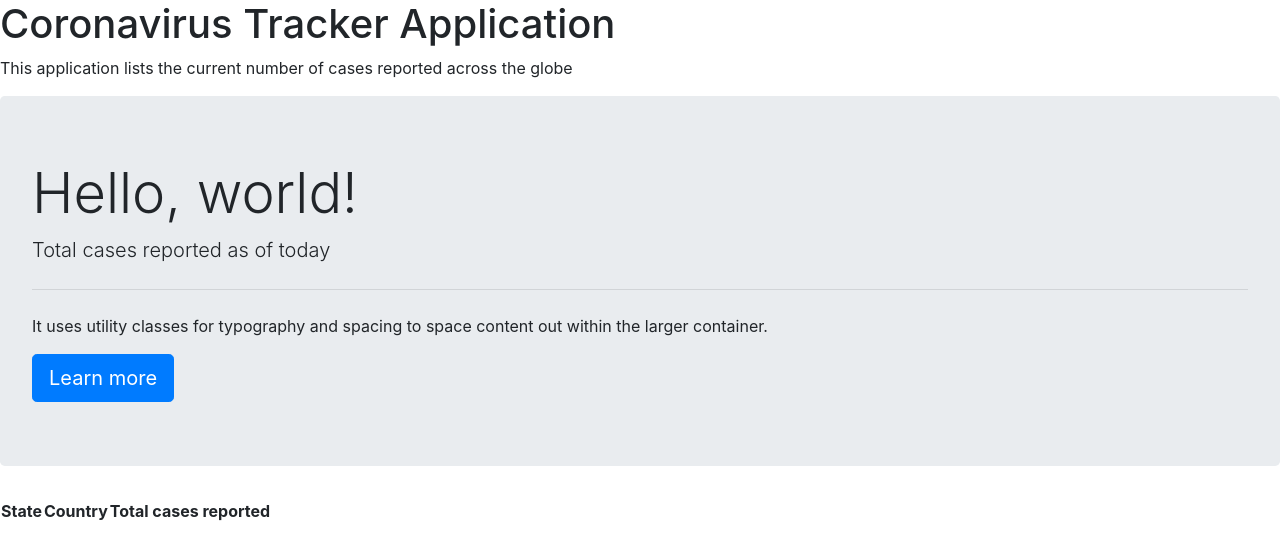
Repository: safaladhikari1/CoronaVirusTrackerApp
Page: http://localhost/home
An editor plug-in stored every save of this project. The page is shown before and after the next save, followed by the edit.
The browser window is 1280 px wide. The pictures show the whole page.
The page is this project's Thymeleaf template; nobody is signed in. The template is opened directly, without the code that normally fills it, so the values that code supplies are empty.

Above is the page before, as saved 2020-08-30 07:31:15.

### coronavirus-tracker/src/main/resources/templates/home.html
<!DOCTYPE html>

<html xmlns:th="http://www.thymeleaf.org">

  <head>
    <title>Coronavirus Tracker Application</title>
    <meta http-equiv="Content-Type" content="text/html; charset=UTF-8" />
    <link rel="stylesheet" href="https://stackpath.bootstrapcdn.com/bootstrap/4.5.2/css/bootstrap.min.css" integrity="sha384-JcKb8q3iqJ61gNV9KGb8thSsNjpSL0n8PARn9HuZOnIxN0hoP+VmmDGMN5t9UJ0Z" crossorigin="anonymous">


  </head>

  <body>

  	<h1>Coronavirus Tracker Application</h1>
  	<p>This application lists the current number of cases reported across the globe</p>

    <div class="jumbotron">

  		<h1 class="display-4">Hello, world!</h1>
  		<p class="lead">Total cases reported as of today</p>
  		<hr class="my-4">
  		<p>It uses utility classes for typography and spacing to space content out within the larger container.</p>
  		<a class="btn btn-primary btn-lg" href="#" role="button">Learn more</a>
	</div>

    <table>
	  <tr>
	    <th>State</th>
	    <th>Country</th>
	    <th>Total cases reported</th>
	  </tr>
	  <tr th:each="locationStat : ${locationStats}">
	    <td th:text="${locationStat.state}"></td>
	    <td th:text="${locationStat.country}"></td>
	    <td th:text="${locationStat.latestTotalCases}">0</td>
	  </tr>
	</table>

  </body>

</html>

After the next save:
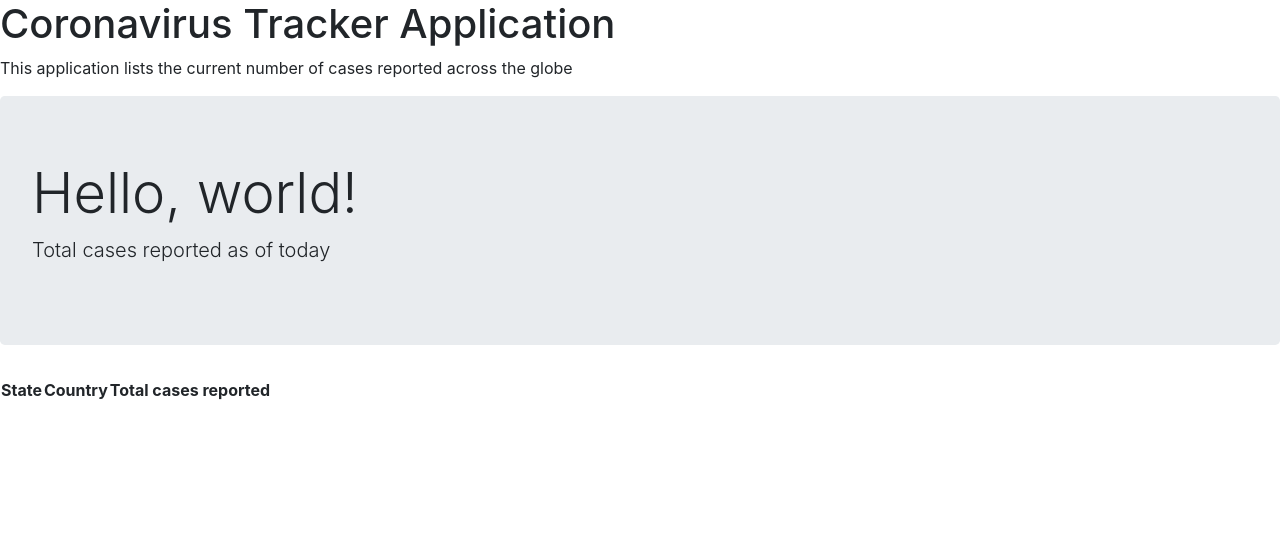
Saved 45 s later.
--- a/coronavirus-tracker/src/main/resources/templates/home.html
+++ b/coronavirus-tracker/src/main/resources/templates/home.html
@@ -19,9 +19,6 @@
 
   		<h1 class="display-4">Hello, world!</h1>
   		<p class="lead">Total cases reported as of today</p>
-  		<hr class="my-4">
-  		<p>It uses utility classes for typography and spacing to space content out within the larger container.</p>
-  		<a class="btn btn-primary btn-lg" href="#" role="button">Learn more</a>
 	</div>
 
     <table>
